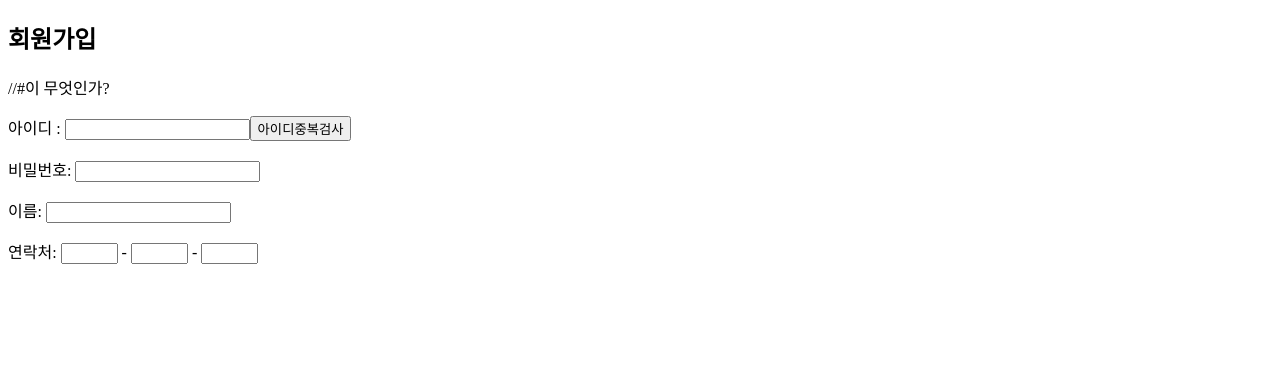
Repository: JaeYoon0935/lcom-servlet-jsp
Page: http://localhost/lcomputerstudy/newjoin.jsp
The author's editor kept a copy of each file at every save. The page is drawn from the files as they stood at one save, then again after the next save.
The browser window is 1280 px wide. The pictures show the whole page.
The page is served by Tomcat 9.

Above is the page before, as saved 2020-09-17 13:05:30.

After the next save:
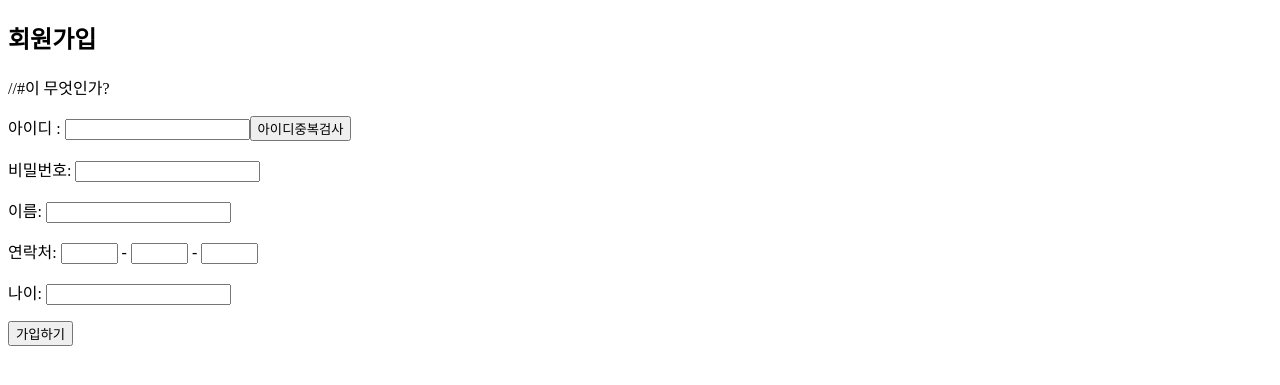
Saved 53 s later.
--- a/lcomputerstudy/WebContent/newjoin.jsp
+++ b/lcomputerstudy/WebContent/newjoin.jsp
@@ -15,6 +15,9 @@
 	<p> 연락처: <input type="text" maxlength="4" size="4" name ="tel1"> -
 			  <input type="text" maxlength="4" size="4" name ="tel2"> -
 			  <input type="text" maxlength="4" size="4" name ="tel3">
+	</p>
+	<p> 나이: <input type="text" name = "age"></p>
+	<p> <input type="submit" value ="가입하기"></p>
 	</form>
 </body>
 </html>
